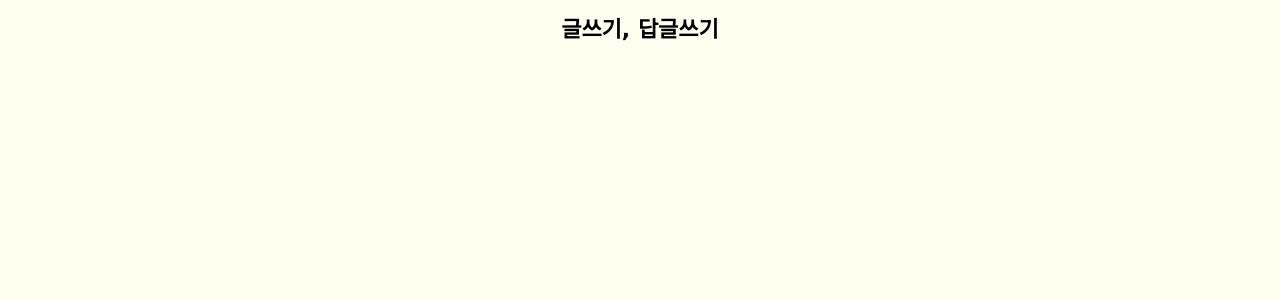
Repository: xo461/Java_Spring
Page: http://localhost/03_jsp_pool/mysqlboard/writeForm.jsp
An editor plug-in stored every save of this project. The page is shown before and after the next save, followed by the edit.
The browser window is 1280 px wide. The pictures show the whole page.
The page is served by Tomcat 9. Other server files are loaded and not shown.

Above is the page before, as saved 2019-12-17 02:09:33.

### JSP_study/park_jsp_study/03_jsp_pool/WebContent/mysqlboard/writeForm.jsp
<%@ page language="java" contentType="text/html; charset=UTF-8"
    pageEncoding="UTF-8"%>
<%@ include file="/view/color.jsp" %>
<!DOCTYPE html PUBLIC "-//W3C//DTD HTML 4.01 Transitional//EN" "http://www.w3.org/TR/html4/loose.dtd">
<html>
<head>
<meta http-equiv="Content-Type" content="text/html; charset=UTF-8">
<title>writeForm.jsp</title>
<link rel="stylesheet" type="text/css" href="style.css">
<script type="text/javascript" src="script.js"></script>
</head>
<%
int num=0;//변수
int ref=1;//글그룹
int re_step=0;//글순서
int re_level=0;//글깊이(들여쓰기)
String reddate="";

if(request.getParameter("num") != null){//->not null이면 답글
	num=Integer.parseInt(request.getParameter("num"));
	ref=Integer.parseInt(request.getParameter("ref"));
	re_step=Integer.parseInt(request.getParameter("re_step"));
	re_level=Integer.parseInt(request.getParameter("re_level"));
}
%>
<body>
<h2><center>글쓰기, 답글쓰기</center></h2>
<form method="post" action="writePro.jsp" onSubmit="return writeSave()">

	<input type="hidden" name="num" value="<%=num %>">
	<input type="hidden" name="ref" value="<%=ref %>">
	<input type="hidden" name="re_step" value="<%=re_step %>">
	<input type="hidden" name="re_level" value="<%=re_level %>">
</form>
</body>
</html>

### JSP_study/park_jsp_study/03_jsp_pool/WebContent/view/color.jsp
<%
 String bodyback_c="#e0ffff";
 String back_c="#8fbc8f";
 String title_c="#5f9ea0";
 String value_c="#b0e0e6";
 String bar="#778899";
%>

### JSP_study/park_jsp_study/03_jsp_pool/WebContent/mysqlboard/style.css
BODY {
	FONT-SIZE: 11pt;
	COLOR: black;
	LINE-HEIGHT: 160%;
	FONT-FAMILY: 굴림,verdana,tahoma;
	BACKGROUND-COLOR:ivory;
}
TABLE{
	border:1px;
}
TD {
	FONT-SIZE: 11pt;
	COLOR: black;
	LINE-HEIGHT: 160%;
	FONT-FAMILY: 굴림,verdana,tahoma
}
TR{
	LINE-HEIGHT: 39;
}
SELECT {
	FONT-SIZE: 11pt;
	COLOR: black;
	LINE-HEIGHT: 160%;
	FONT-FAMILY: 굴림,verdana,tahoma
}
DIV {
	FONT-SIZE: 11pt; COLOR: black;
	LINE-HEIGHT: 160%; FONT-FAMILY: 굴림,verdana,tahoma
}
FORM {
	FONT-SIZE: 11pt; COLOR: black;
	LINE-HEIGHT: 160%; FONT-FAMILY: 굴림,verdana,tahoma
}
TEXTAREA {
 /*BORDER-RIGHT: 1px solid #999999;
 BORDER-TOP: 1px solid #999999;
 BORDER-BOTTOM: 1px solid #999999;
 BORDER-LEFT: 1px solid #999999 ;
 */
 BORDER:1px solid #999999;/*right, top , left , bottom 모두 설정 */

 FONT-SIZE: 11pt;
 COLOR: BLACK;

 FONT-FAMILY: 굴림,verdana;
 BACKGROUND-COLOR: ivory
}
INPUT {
BORDER-RIGHT: 2px solid #999999;
BORDER-TOP: 2px solid #999999;
BORDER-LEFT: 2px solid #999999;
BORDER-BOTTOM: 2px solid #999999;

FONT-SIZE: 11pt;
COLOR: BLACK;

FONT-FAMILY: 굴림,verdana;
HEIGHT: 25px;
BACKGROUND-COLOR: white
}

A:link {text-decoration:none;color:#696969}
A:hover{text-decoration:yes;color:#66CCFF}
A:visited {text-decoration:none;color:#330066}

### JSP_study/park_jsp_study/03_jsp_pool/WebContent/mysqlboard/script.js
function writeSave(){
 //script.js
	if($("#writer").val()==''){
	   alert("이름을 입력 하시요 ");
	   $("#writer").focus();
	   return false;
   }
   if($("#subject").val()==''){
	   alert("글제목을 입력 하시요 ");
	   $("#subject").focus();
	   return false;
   }
   if($("#content").val()==''){
	   alert("글내용을 입력 하시요 ");
	   $("#content").focus();
	   return false;
   }
   if($("#passwd").val()==''){
	   alert("암호을 입력 하시요 ");
	   $("#passwd").focus();
		   return false;
	   }
   }//writeSave() end

After the next save:
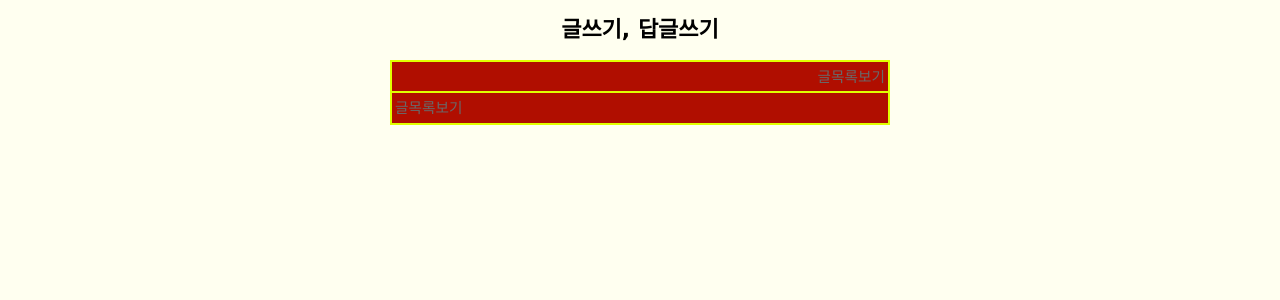
Saved 3 min 34 s later.
--- a/JSP_study/park_jsp_study/03_jsp_pool/WebContent/mysqlboard/writeForm.jsp
+++ b/JSP_study/park_jsp_study/03_jsp_pool/WebContent/mysqlboard/writeForm.jsp
@@ -31,6 +31,23 @@ if(request.getParameter("num") != null){//->not null이면 답글
 	<input type="hidden" name="ref" value="<%=ref %>">
 	<input type="hidden" name="re_step" value="<%=re_step %>">
 	<input type="hidden" name="re_level" value="<%=re_level %>">
+
+	<table width="500" cellpadding="3" bgcolor="<%=bodyback_c %>>" align="center">
+		<tr>
+			<td colspan="2" align="right" bgcolor="<%=value_c %>>">
+				<a href="list.jsp">글목록보기</a>
+			</td>
+		</tr>
+
+		<%--이름 --%>
+		<tr>
+			<td bgcolor="<%=value_c %>>">
+				<a href="list.jsp">글목록보기</a>
+			</td>
+		</tr>
+
+
+	</table>
 </form>
 </body>
 </html>
